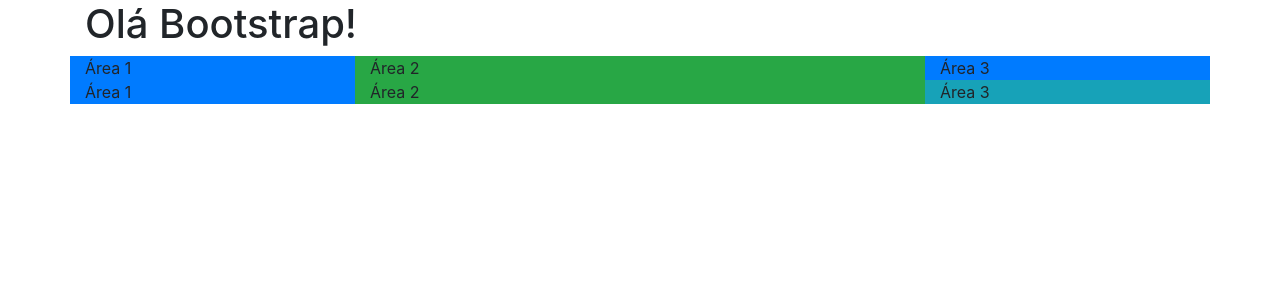
Repository: woodyalan/bootstrap-4
Page: conteudo.html
These files come from the project's save history. The page is drawn as it stood at one moment and after the next save; the edit follows.
The browser window is 1280 px wide. The pictures show the whole page.

Above is the page before, as saved 2020-09-08 22:13:39.

After the next save:
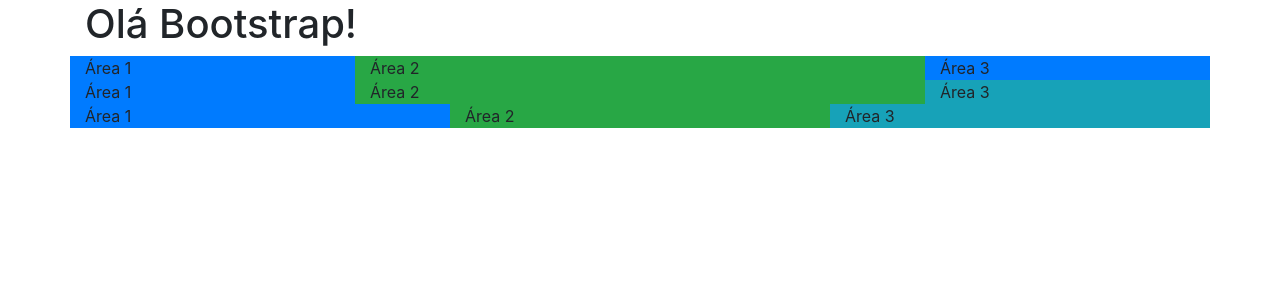
Saved 63 s later.
--- a/conteudo.html
+++ b/conteudo.html
@@ -24,6 +24,12 @@
         <div class="col-6 col-lg-6 bg-success">Área 2</div>
         <div class="col-12 col-lg-3 bg-info">Área 3</div>
       </div>
+
+      <div class="row">
+        <div class="col bg-primary">Área 1</div>
+        <div class="col bg-success">Área 2</div>
+        <div class="col bg-info">Área 3</div>
+      </div>
     </div>
 
     <!-- JS, Popper e jQuery -->
